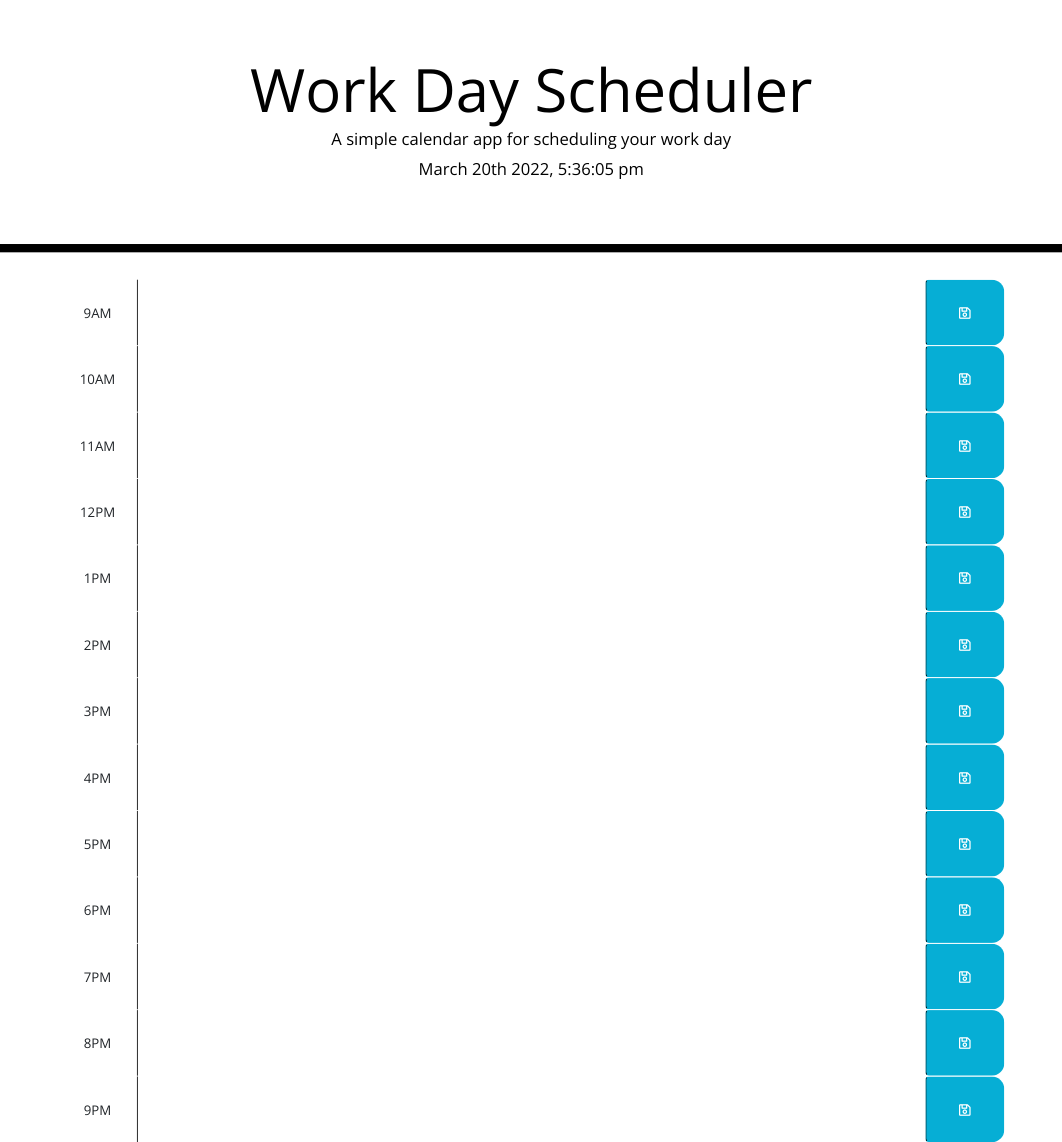
Repository: cobalt88/work-day-scheduler
Page: index.html
An editor plug-in stored every save of this project. The page is shown before and after the next save, followed by the edit.
The browser window is 1280 px wide. The pictures show the whole page, at 83% of full size.
Some web libraries are served in a nearby version.

Above is the page before, as saved 2022-03-25 18:20:10.

After the next save:
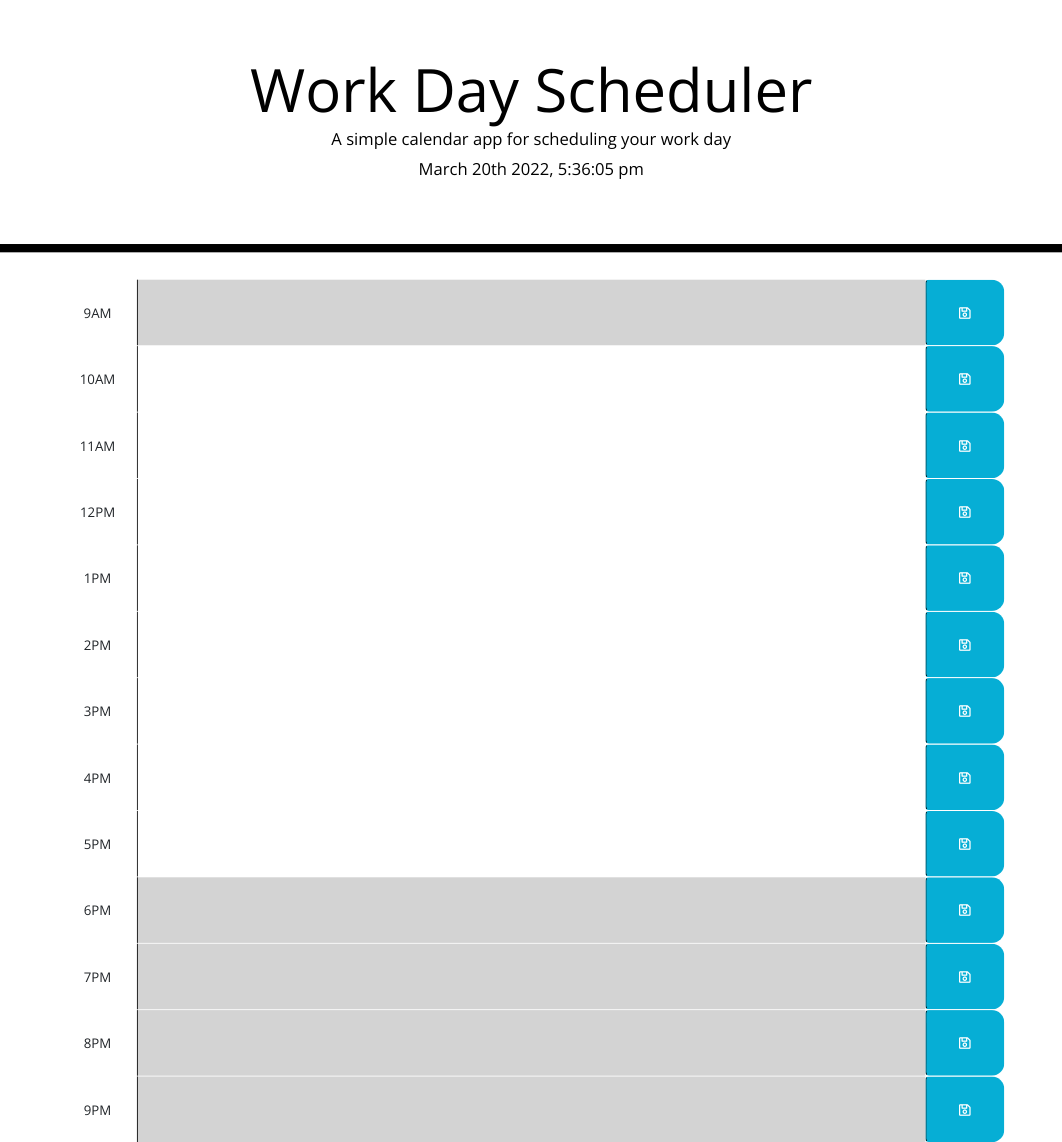
Saved 2 min 50 s later.
--- a/assets/logic.js
+++ b/assets/logic.js
@@ -30,7 +30,7 @@
 
 for (let i = 0; i < timeBlocks.length; i++) {
   if (timeBlocks[i].id > currentTime) {
-    timeBlocks[i].children[1].classList.add('.past');
+    timeBlocks[i].children[1].className += 'past';
   }
 }
 

After the save that followed:
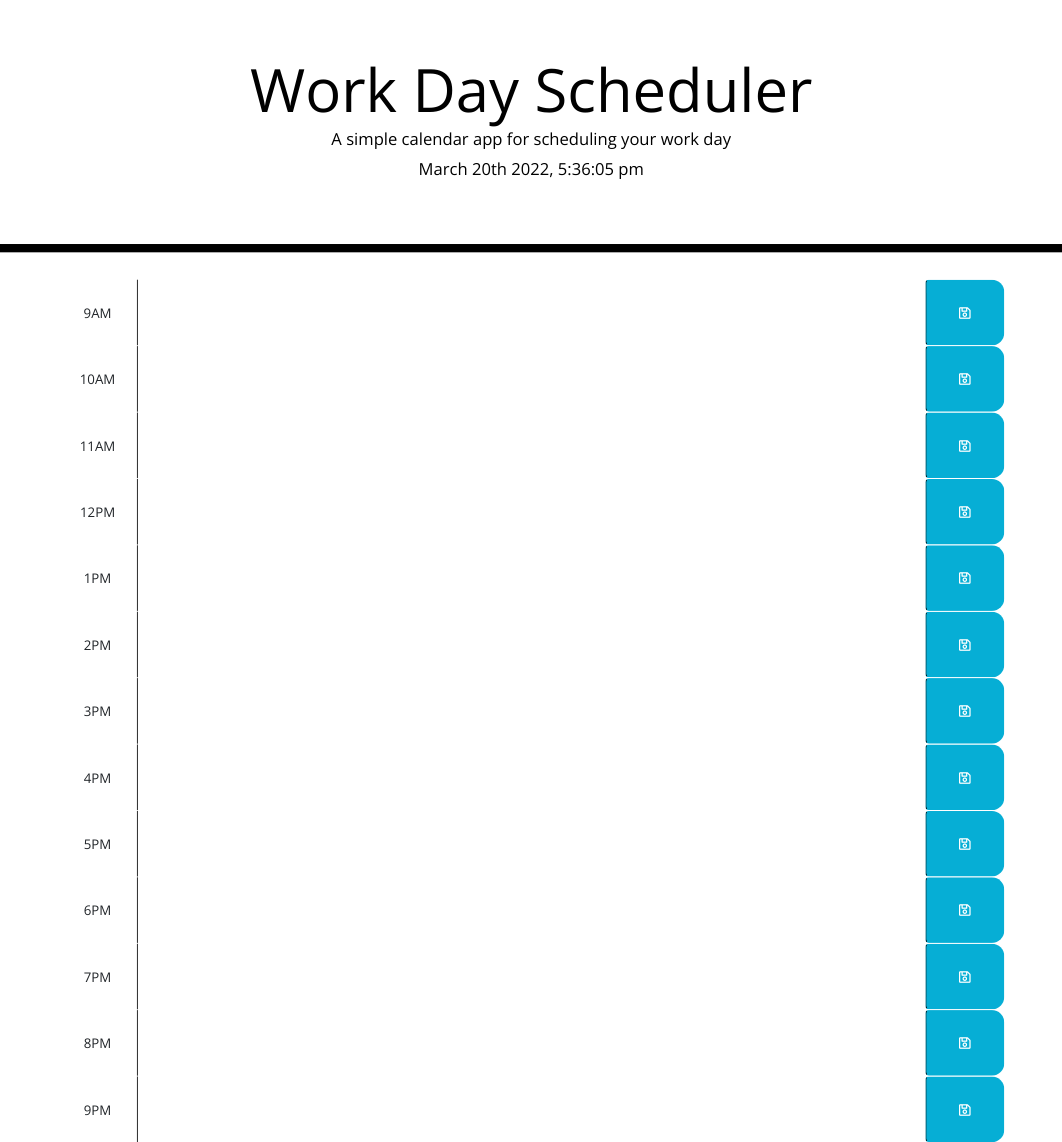
Saved 2 min 30 s later.
--- a/assets/logic.js
+++ b/assets/logic.js
@@ -29,9 +29,11 @@
 console.log(timeBlocks[0].children[1])
 
 for (let i = 0; i < timeBlocks.length; i++) {
-  if (timeBlocks[i].id > currentTime) {
-    timeBlocks[i].children[1].className += 'past';
-  }
+  var timeBlockId = parseInt(timeBlocks[i].id);
+  console.log(timeBlockId);
+  // if (timeBlocks[i].id > currentTime) {
+  //   timeBlocks[i].children[1].className += 'past';
+  // }
 }
 
 updateTime();
